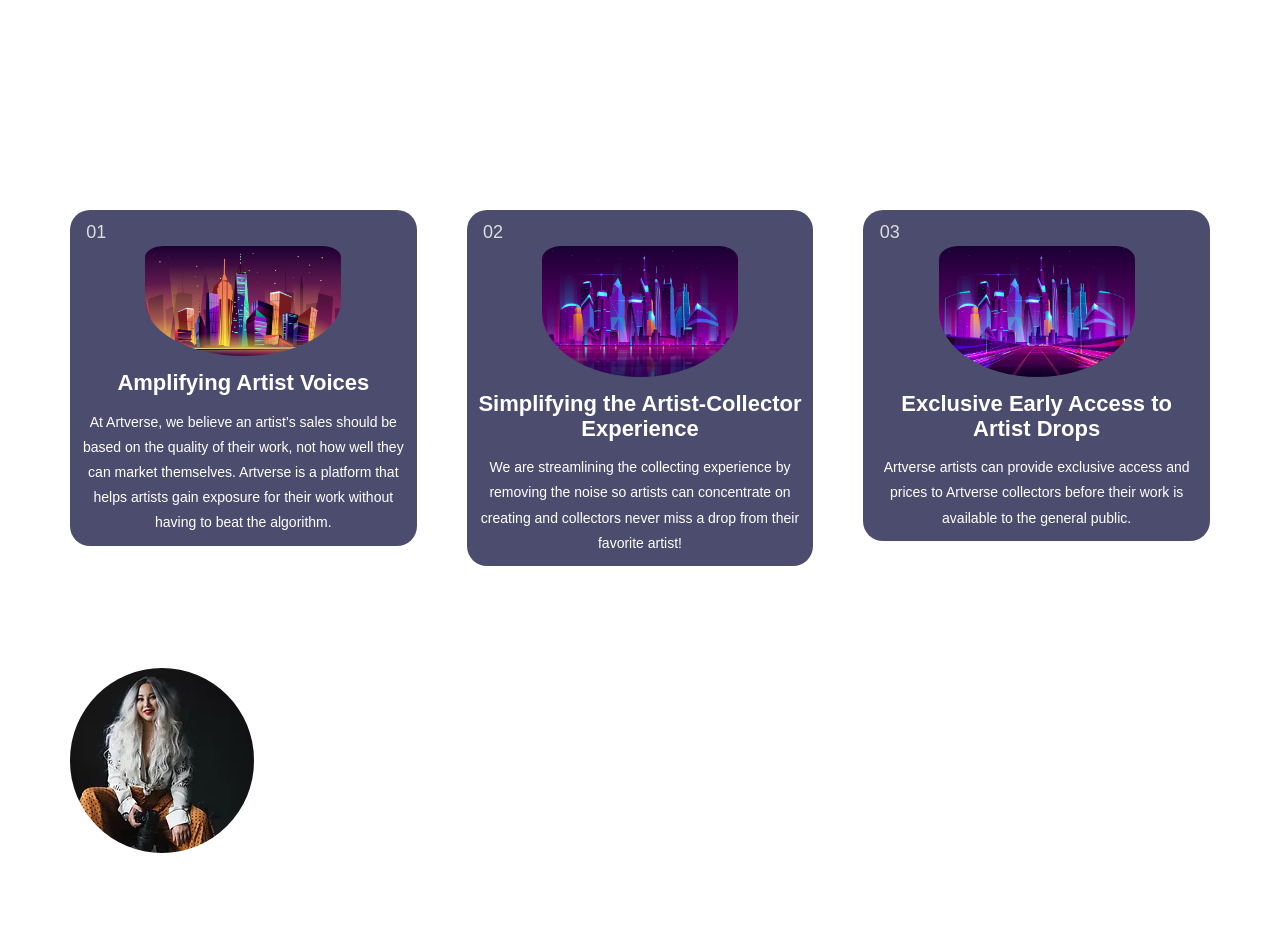
Repository: akinolapo/artverse
Page: /
These files come from the project's save history. The page is drawn as it stood at one moment and after the next save; the edit follows.
The browser window is 1280 px wide. The pictures show the part of the page from y = 748 to 1700 px (the page is 1700 px tall).
The project was rebuilt for these pictures with package versions that can differ from the ones it lists, and the page was loaded fresh each time.

Above is the page before, as saved 2022-07-25 14:17:33.

### src/index.css
@tailwind base;
@tailwind components;
@tailwind utilities;

@import url('https://fonts.googleapis.com/css2?family=Poppins:wght@400;600&display=swap');


:root {
  --swiper-theme-color: #000;
}

html{
  scroll-behavior: smooth;
}

*{
  margin: 0;
  padding: 0;
  color: #fff;
  font-family: 'Poppins', sans-serif;
  line-height: 1.8rem;
  font-size: 14px;
  font-weight: 400;
}

#background-video{
  width: 100%;
  height: 100%;
  object-fit: cover;
  position: fixed;
  z-index: -1;
}

.btn{
  border: 1px solid #fff;
  border-radius: 10px;
  padding: 4px 15px;
}

.btn-search{
  border: 1px solid #fff;
  border-radius: 0 10px 10px 0px;
}

.search-box{
  border: 1px solid #fff;
  border-radius: 10px 0 0 10px;
}
.search-box:focus{
  border: 1px solid #fff;
}

.header-section{
  background: url(../public/assets/header.jpg);
  object-fit: cover;
  background-repeat: no-repeat;
  background-size: 100% 100%;
  height: 100vh;
  width: 100%;
}

h1,
h2,
h3,
h4{
  font-weight: 600;
  font-size: 22px;
}

.carouselImg{
  width: 60%;
  margin: auto;
  border-radius: 20% 20% 100% 100%;
}

.slide-bg{
  background: rgba(0, 0, 50, .7);
  padding: 10px;
  border-radius: 20px;
}

.slide-num{
  margin-left: -90%;
  font-size: 18px;
  color: #ddd;
}

@media (max-width: 375px) {
  .btn-search{
    border-radius: 10px;
  }

  .search-box{
    border-radius: 10px;
    margin-bottom: 10px;
  }

}

### src/App.js
import About from './components/About/About';
import Header from './components/Header/Header';
import Team from './components/Team/Team';

function App() {
  return (
    <div className='w-full h-screen'>
      <video loop autoPlay muted id="background-video">
        <source src={process.env.PUBLIC_URL+`assets/artverse moving background.mp4`} type="video/mp4"/>
      </video>
      <Header />
      <About/>
      <Team/>
    </div>
  );
}

export default App;

### src/components/About/About.jsx
import React from 'react'
import Carousel from './Carousel/Carousel'

const About = () => {
    return (
        <div id='artverse' className='py-10 px-20'>
            <h2 className=' text-center text-3xl font-bold'>What is Artverse?</h2>
            <div className='pb-10'>
                <h3 className='text-2xl font-semibold py-5'>A Community of Art Lovers</h3>
                <p className='text-xl'>Art is incredibly powerful; it can make us dance, cry, and everything in between! We wish to cultivate a community of people who believe in the value of art, rather than continually ask ‘‘what is the utility? Instead of feeling like you are starting from ground zero on Twitter and NFTS, you are instantly connected to hundreds of like-minded people all around the world and get answers to your questions.
                </p>
            </div>
            <Carousel />
        </div>
    )
}

export default About

### src/components/Header/Header.jsx
import React from 'react'
import Logo from './Logo'
import SiteName from './SiteName'

const Header = () => {
  return (
    <div className='header-section px-8 pt-4'>
        <Logo/>
        <SiteName/>
    </div>
  )
}

export default Header

### src/components/Team/Team.jsx
import React from 'react'
import {AiOutlineTwitter, AiOutlineInstagram} from 'react-icons/ai'

const Team = () => {
    return (
        <div id='team' className='py-10 px-20'>
            <h2 className=' text-center text-3xl font-bold'>The Team</h2>
            <div className='grid grid-cols-1 gap-4 md:grid-cols-3'>
                <div>
                    <div className='text-center'>
                        <img className='rounded-full' src={process.env.PUBLIC_URL+`assets/founder.webp`} alt='Founder'></img>
                        <h5>Rachel Wood</h5>
                        <h6>Founder</h6>
                        <div className='flex justify-center'>
                            <a href='https://twitter.com/0xWanderbitch' className='mr-2' target='_blank' rel="noreferrer"><AiOutlineTwitter/></a>
                            <a href='https://www.instagram.com/thetravelingelf/' target='_blank' rel="noreferrer"><AiOutlineInstagram/></a>
                        </div>
                    </div>
                    <div></div>
                    <div></div>
                </div>
                <div className='md:col-span-2'>
                    <h4>From the Founder</h4>
                    <p>
                        The past few months have been a whirlwind. After collecting many NFTs from 1/1 artists and releasing my own work, I noticed a glaring struggle for artists and collectors to connect amid the noise.
                        As a collector, I love finding artist to support, but I spend too much time trying to find artist's work rather than connecting with them. By the time I find art I like, it has usually already been sold.
                        On the other hand, as an artist, I feel drowned out by the noise and constant pressure to ‘shill’ myself. Burnout feels inevitable for artists after having to take on a second, full-time marketing job to beat the algorithms of social media.
                        Artverse connects artists and collectors in the metaverse. Artverse is my solution.
                    </p>
                </div>
            </div>
        </div>
    )
}

export default Team

### src/components/About/Carousel/Carousel.jsx
import React from "react";
// Import Swiper React components
import { Swiper, SwiperSlide } from "swiper/react";

// Import Swiper styles
import "swiper/css";
import "swiper/css/pagination";
// import 'swiper/css/navigation';

// import "./styles.css";

// import required modules
import { Pagination,} from "swiper";

const Carousel = () => {
  return (
    <div>
         <Swiper
        slidesPerView={1}
        spaceBetween={10}
        pagination={{
          clickable: true,
        }}
        breakpoints={{
          640: {
            slidesPerView: 2,
            spaceBetween: 20,
          },
          768: {
            slidesPerView: 3,
            spaceBetween: 40,
          },
          1024: {
            slidesPerView: 3,
            spaceBetween: 50,
          },
        }}
        modules={[Pagination]}
        className="mySwiper"
      >
        <SwiperSlide className="text-center slide-bg">
          <span className="slide-num">01</span>
          <img className="carouselImg" src={process.env.PUBLIC_URL+`assets/294.jpg`} alt=''></img>
          <h4 className="py-4">Amplifying Artist Voices</h4>
          <p>At Artverse, we believe an artist’s sales should be based on the quality of their work, not how well they can market themselves. Artverse is a platform that helps artists gain exposure for their work without having to beat the algorithm.</p>
        </SwiperSlide>
        <SwiperSlide className="text-center slide-bg">
        <span className="slide-num">02</span>
        <img className="carouselImg" src={process.env.PUBLIC_URL+`assets/1401.jpg`} alt=''></img>
        <h4 className="py-4">Simplifying the Artist-Collector Experience</h4>
          <p>​We are streamlining the collecting experience by removing the noise so artists can concentrate on creating and collectors never miss a drop from their favorite artist!</p>
        </SwiperSlide>
        <SwiperSlide className="text-center slide-bg">
        <span className="slide-num">03</span>
        <img className="carouselImg" src={process.env.PUBLIC_URL+`assets/1403.jpg`} alt=''></img>
        <h4 className="py-4">Exclusive Early Access to Artist Drops</h4>
          <p>Artverse artists can provide exclusive access and prices to Artverse collectors before their work is available to the general public.</p>
        </SwiperSlide>
      </Swiper>
    </div>
  )
}

export default Carousel

### src/components/Header/Logo.jsx
import React from 'react'
import './Logo.css'
import { useState } from 'react'

const Logo = () => {
    const [isNavExpanded, setIsNavExpanded] = useState(false)
    return (
        <nav className="navigation px-2 md:px-20 text-white font-semibold">
            <a href='/'>
                <div className=''>
                <img src={process.env.PUBLIC_URL+`assets/logo.png`} alt='logo' width='120px' height='auto'></img>
                </div>
            </a>
            <button className="hamburger" onClick={() => {
                setIsNavExpanded(!isNavExpanded);
            }}>
                {/* icon from heroicons.com */}
                <svg
                    xmlns="http://www.w3.org/2000/svg"
                    className="h-5 w-5"
                    viewBox="0 0 20 20"
                    fill="white"
                >
                    <path
                        fillRule="evenodd"
                        d="M3 5a1 1 0 011-1h12a1 1 0 110 2H4a1 1 0 01-1-1zM3 10a1 1 0 011-1h12a1 1 0 110 2H4a1 1 0 01-1-1zM9 15a1 1 0 011-1h6a1 1 0 110 2h-6a1 1 0 01-1-1z"
                        clipRule="evenodd"
                    />
                </svg>
            </button>
            <div
                className={
                    isNavExpanded ? "navigation-menu expanded" : "navigation-menu"
                }>
                <ul>
                    <li><a href='#artverse'>Artverse</a></li>
                    <li><a href='#team'>The Team</a></li>
                    <li><a href='#ladies'>Lens Lasies</a></li>
                    <li><a href='#artists'>Artists</a></li>
                    <li><a href='#faqs'>FAQs</a></li>
                    <li><a href="/">Login</a></li>
                    <li><a className='btn' href="/">Sign Up</a></li>
                </ul>
            </div>
        </nav>
    )
}

export default Logo

### src/components/Header/SiteName.jsx
import React from 'react'
import Searchbox from './Searchbox'

const SiteName = () => {
  return (
    <div className='text-center mt-16'>
        <div className='pb-8'>
        <img className='m-auto' src={process.env.PUBLIC_URL+`assets/artverse.webp`} alt='artverse'></img>
        <h3 className='text-2xl'>Connecting artists and collectors in the metaverse</h3>
        <img className='m-auto' src={process.env.PUBLIC_URL+`assets/artverse2.webp`} alt='artverse2'></img>
        </div>
        <Searchbox/>
    </div>
  )
}

export default SiteName

### src/components/Header/Logo.css
.navigation {
    height: 60px;
    width: 100%;
    display: flex;
    align-items: center;
    position: relative;
    padding: 0.5rem 0rem;
    /* background-color: #fff; */
    color: #fff;
    /* box-shadow: 0 2px 2px 2px rgba(9, 9, 9, 0.23); */
  }

  .brand-name {
    text-decoration: none;
    color: #fff;
    font-size: 1.3rem;
    margin-left: 1rem;
  }
  .navigation-menu {
    margin-left: auto;
  }

  .navigation-menu ul {
    display: flex;
    padding: 0;
  }

  .navigation-menu li {
    /* // removes default disc bullet for li tags and applies margin to left & right side */
    list-style-type: none;
    margin: 0 1rem;
  }

  .navigation-menu li a {
    /* // increases the surface area of the anchor tag to span more than just the anchor text */
    text-decoration: none;
    display: block;
    width: 100%;
  }

  .hamburger {
    /* // removes default border on button element */
    border: 0;
    height: 40px;
    width: 40px;
    padding: 0.5rem;
    border-radius: 50%;
    background-color: #31b496;
    cursor: pointer;
    transition: background-color 0.2s ease-in-out;
  /* // positions the icon to the right and center aligns it vertically */
    position: absolute;
    top: 50%;
    right: 25px;
    transform: translateY(-50%);
    display: none;
  }
  .hamburger:hover {
    background-color: #31b496;
  }

  @media screen and (max-width: 768px) {
    .hamburger {
      display: block;
    }
  }

  @media screen and (max-width: 768px) {
    .navigation-menu ul {
      display: none;
    }
    .navigation-menu.expanded {
      z-index: 99;
  }
  }

  @media screen and (max-width: 768px) {
    .navigation-menu ul {
      /* // navigation menu is positioned to start 60px from the top of the document (which is directly below the navbar) */
      position: absolute;
      top: 60px;
      right: 0;
      display: block;
      /* // stacks the li tags vertically  */
      flex-direction: column;
     /* // makes menu span full height and width */
      width: 50%;
      /* float: right; */
      height: 100vh;
      background-color: rgb(15, 54, 56);
      /* border-top: 1px solid #31b496; */
      ;
    }
    .navigation-menu li {
      /* // centers link text and strips off margin */
      text-align: center;
      margin: 0;
    }
    .navigation-menu li a {
      color: #fff;
      /* // increases the surface area of the anchor tag to span the full width of the menu */
      width: 100%;
      padding: 1.5rem 0;
    }
    .navigation-menu li:hover {
      background-color: #fff;
    }
  }

  @media screen and (max-width: 768px) {
    .navigation-menu ul {
      /* previous styles */
      display: none;
    }
  }

  @media screen and (max-width: 768px) {
    .navigation-menu.expanded ul {
      display: block;
    }
  }

### src/components/Header/Searchbox.jsx
import React from 'react'

const Searchbox = () => {
  return (
    <div className=''>
        <input className='py-2 px-4 search-box text-black text-lg' type='search'></input>
        <input className='py-2 px-4 btn-search text-lg cursor-pointer' type='submit' value='Find Art'></input>
    </div>
  )
}

export default Searchbox

Loaded but not shown: public/index.html (common file); src/index.js (common file); tailwind.config.js (common file)

After the next save:
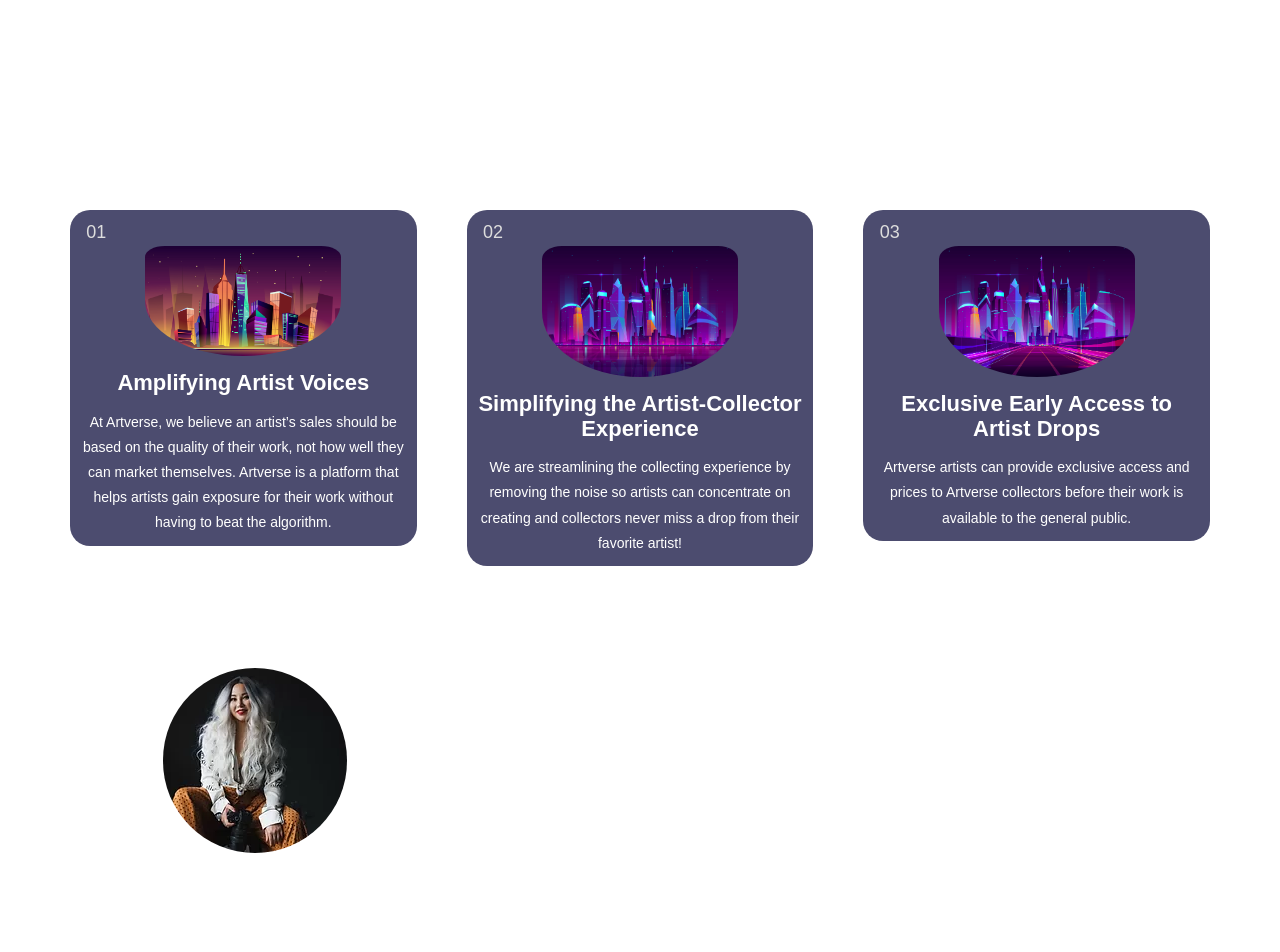
Saved 4 s later.
--- a/src/components/Team/Team.jsx
+++ b/src/components/Team/Team.jsx
@@ -8,7 +8,7 @@
             <div className='grid grid-cols-1 gap-4 md:grid-cols-3'>
                 <div>
                     <div className='text-center'>
-                        <img className='rounded-full' src={process.env.PUBLIC_URL+`assets/founder.webp`} alt='Founder'></img>
+                        <img className='rounded-full m-auto' src={process.env.PUBLIC_URL+`assets/founder.webp`} alt='Founder'></img>
                         <h5>Rachel Wood</h5>
                         <h6>Founder</h6>
                         <div className='flex justify-center'>
